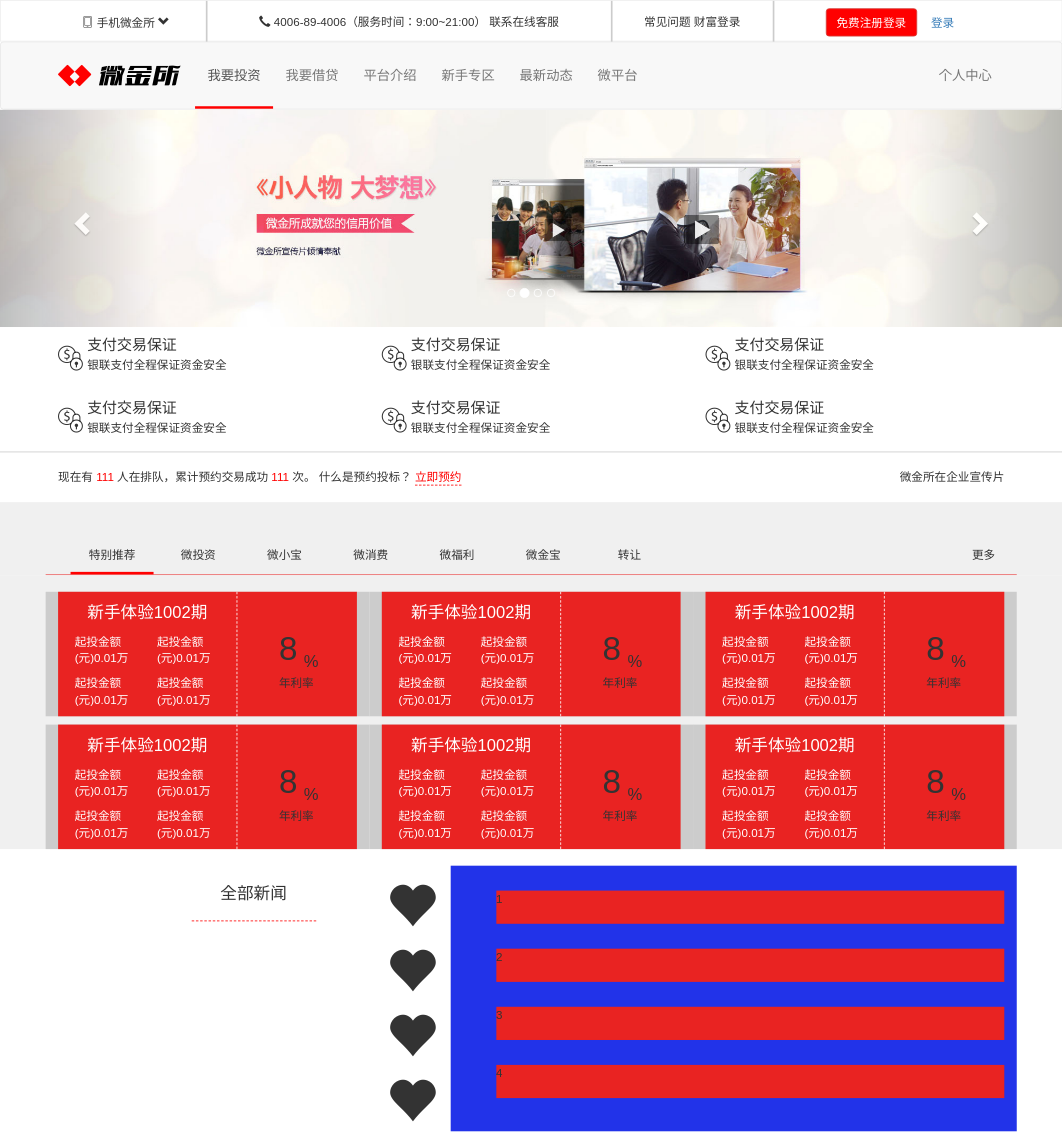
Repository: pwy114pwy/project_02
Page: 菜单.html
An editor plug-in stored every save of this project. The page is shown before and after the next save, followed by the edit.
The browser window is 1280 px wide. The pictures show the whole page, at 83% of full size.
The style sheet was rebuilt from its Sass, Less or Tailwind sources for each picture, by a compiler version that may differ from the author's.

Above is the page before, as saved 2022-11-23 18:05:37.

### 菜单.html
<!DOCTYPE html>
<html lang="en">

<head>
    <!-- 页面的编码格式 -->
    <meta charset="UTF-8">
    <!-- 为了使IE浏览器以最新浏览器edge来渲染页面 -->
    <meta http-equiv="X-UA-Compatible" content="IE=edge">
    <!-- 视口vp，针对于移动端 -->
    <meta name="viewport" content="width=device-width, initial-scale=1.0">
    <!-- 引入Bootstrap框架的CSS样式 -->
    <link rel="stylesheet" href="./lib/bootstrap/css/bootstrap.css">
    <link rel="stylesheet" href="./css/base.css">
    <link rel="stylesheet" href="./css/01.css">
    <title>Document</title>
</head>

<body>
    <header class="wjs-top hidden-xs hidden-sm">
        <div class="container">
            <div class="row">
                <div class="col-md-2">
                    <a href="">
                        <span class="wjs_icon wjs_icon_phone"></span>
                        <span>手机微金所</span>
                        <span class="glyphicon glyphicon-chevron-down"></span>
                        <img src="./images/code.jpg" alt="">
                    </a>
                </div>
                <div class="col-md-5">
                    <span class="glyphicon glyphicon-earphone"></span>
                    <span>4006-89-4006（服务时间：9:00~21:00） 联系在线客服</span>
                </div>
                <div class="col-md-2">
                    <a href="">常见问题</a>
                    <a href="">财富登录</a>
                </div>
                <div class="col-md-3">
                    <button type="button" class="btn btn-danger">免费注册登录</button>


                    <button type="button" class="btn btn-link">登录</button>
                </div>
            </div>
        </div>
    </header>


    <nav class="navbar navbar-default wjs-navbar">
        <div class="container">
            <!-- Brand and toggle get grouped for better mobile display -->
            <div class="navbar-header">
                <button type="button" class="navbar-toggle collapsed" data-toggle="collapse"
                    data-target="#bs-example-navbar-collapse-1" aria-expanded="false">
                    <span class="sr-only">Toggle navigation</span>
                    <span class="icon-bar"></span>
                    <span class="icon-bar"></span>
                    <span class="icon-bar"></span>
                </button>
                <a class="navbar-brand" href="#">
                    <span class="wjs_icon wjs_icon_logo"></span>
                    <span class="wjs_icon wjs_icon_text"></span>
                </a>
            </div>

            <!-- Collect the nav links, forms, and other content for toggling -->
            <div class="collapse navbar-collapse" id="bs-example-navbar-collapse-1">
                <ul class="nav navbar-nav wjs-navbar-nav">
                    <li class="active"><a href="#">我要投资 <span class="sr-only">(current)</span></a></li>
                    <li><a href="#">我要借贷</a></li>
                    <li><a href="#">平台介绍</a></li>
                    <li><a href="#">新手专区</a></li>
                    <li><a href="#">最新动态</a></li>
                    <li><a href="#">微平台</a></li>

                </ul>

                <ul class="nav navbar-nav navbar-right">
                    <li><a href="#">个人中心</a></li>

                </ul>
            </div><!-- /.navbar-collapse -->
        </div><!-- /.container-fluid -->
    </nav>

    <div class="lunbo visible-md visible-lg">
        <div id="carousel-example-generic" class="carousel slide" data-ride="carousel">
            <!-- Indicators -->
            <ol class="carousel-indicators">
              <li data-target="#carousel-example-generic" data-slide-to="0" class="active"></li>
              <li data-target="#carousel-example-generic" data-slide-to="1"></li>
              <li data-target="#carousel-example-generic" data-slide-to="2"></li>
              <li data-target="#carousel-example-generic" data-slide-to="3"></li>
            </ol>

            <!-- Wrapper for slides -->
            <div class="carousel-inner" role="listbox">
              <div class="item active">
                <img src="./images/slide_01_2000x410.jpg" alt="...">
                <div class="carousel-caption">

                </div>
              </div>
              <div class="item">
                <img src="./images/slide_02_2000x410.jpg" alt="...">
                <div class="carousel-caption">

                </div>
              </div>
              <div class="item">
                <img src="./images/slide_03_2000x410.jpg" alt="...">
                <div class="carousel-caption">

                </div>
              </div>
              <div class="item">
                <img src="./images/slide_04_2000x410.jpg" alt="...">
                <div class="carousel-caption">

                </div>
              </div>

            </div>

            <!-- Controls -->
            <a class="left carousel-control" href="#carousel-example-generic" role="button" data-slide="prev">
              <span class="glyphicon glyphicon-chevron-left" aria-hidden="true"></span>
              <span class="sr-only">Previous</span>
            </a>
            <a class="right carousel-control" href="#carousel-example-generic" role="button" data-slide="next">
              <span class="glyphicon glyphicon-chevron-right" aria-hidden="true"></span>
              <span class="sr-only">Next</span>
            </a>
          </div>
    </div>

    <div class="baozhang">
        <div class="container">
            <div class="row">
                <div class="col-sm-6 col-md-4">
                    <span class="wjs_icon wjs_icon_E900"></span>
                    <div class="right">
                        <a href="">支付交易保证</a>
                        <a href="">银联支付全程保证资金安全</a>
                    </div>
                </div>
                <div class="col-sm-6 col-md-4">
                    <span class="wjs_icon wjs_icon_E900"></span>
                    <div class="right">
                        <a href="">支付交易保证</a>
                        <a href="">银联支付全程保证资金安全</a>
                    </div>
                </div>
                <div class="col-sm-6 col-md-4">
                    <span class="wjs_icon wjs_icon_E900"></span>
                    <div class="right">
                        <a href="">支付交易保证</a>
                        <a href="">银联支付全程保证资金安全</a>
                    </div>
                </div>
                <div class="col-sm-6 col-md-4">
                    <span class="wjs_icon wjs_icon_E900"></span>
                    <div class="right">
                        <a href="">支付交易保证</a>
                        <a href="">银联支付全程保证资金安全</a>
                    </div>
                </div>
                <div class="col-sm-6 col-md-4">
                    <span class="wjs_icon wjs_icon_E900"></span>
                    <div class="right">
                        <a href="">支付交易保证</a>
                        <a href="">银联支付全程保证资金安全</a>
                    </div>
                </div>
                <div class="col-sm-6 col-md-4">
                    <span class="wjs_icon wjs_icon_E900"></span>
                    <div class="right">
                        <a href="">支付交易保证</a>
                        <a href="">银联支付全程保证资金安全</a>
                    </div>
                </div>


            </div>

        </div>
    </div>

    <div class="paidui">
        <div class="container">
            <a href="">现在有</a>
            <p>111</p>
            <a href="">人在排队，累计预约交易成功</a>
            <p>111</p>
            <a href="">次。 什么是预约投标？ </a>
            <p class="yuyue">立即预约</p>
            <a href="" class="visible-lg">微金所在企业宣传片</a>
        </div>

    </div>


    <div class="xialiebiao">

        <div class="container">
            <div class="row">
                <div><a href="#">特别推荐 <span class="sr-only">(current)</span></a></div>
                <div><a href="#">微投资</a></div>
                <div><a href="#">微小宝</a></div>
                <div><a href="#">微消费</a></div>
                <div><a href="#">微福利</a></div>
                <div><a href="#">微金宝</a></div>
                <div><a href="#">转让</a></div>
                <div class="hidden-sm hidden-xs hidden-md"><a href="#">更多</a></div>
            </div>

        </div>




    </div>

    <div class="touzi">
        <div class="container">
            <div class="row">
                <div class="col-xs-12 col-sm-6  col-md-4">
                    <div>
                        <div class="left">
                            <div class="top">
                                <a href="">新手体验1002期</a>
                            </div>
                            <div class="bottom">
                                <p>起投金额(元)0.01万</p>
                                <p>起投金额(元)0.01万</p>
                                <p>起投金额(元)0.01万</p>
                                <p>起投金额(元)0.01万</p>
                            </div>
                        </div>
                        <div class="right">

                                <a href="">8</a>
                                <a href="">%</a>
                                <a href="">年利率</a>
                        </div>
                    </div>
                </div>

                <div class="col-xs-12 col-sm-6  col-md-4">
                    <div>
                        <div class="left">
                            <div class="top">
                                <a href="">新手体验1002期</a>
                            </div>
                            <div class="bottom">
                                <p>起投金额(元)0.01万</p>
                                <p>起投金额(元)0.01万</p>
                                <p>起投金额(元)0.01万</p>
                                <p>起投金额(元)0.01万</p>
                            </div>
                        </div>
                        <div class="right">

                                <a href="">8</a>
                                <a href="">%</a>
                                <a href="">年利率</a>
                        </div>
                    </div>
                </div>

                <div class="col-xs-12 col-sm-6  col-md-4">
                    <div>
                        <div class="left">
                            <div class="top">
                                <a href="">新手体验1002期</a>
                            </div>
                            <div class="bottom">
                                <p>起投金额(元)0.01万</p>
                                <p>起投金额(元)0.01万</p>
                                <p>起投金额(元)0.01万</p>
                                <p>起投金额(元)0.01万</p>
                            </div>
                        </div>
                        <div class="right">

                                <a href="">8</a>
                                <a href="">%</a>
                                <a href="">年利率</a>
                        </div>
                    </div>
                </div>

                <div class="col-xs-12 col-sm-6  col-md-4">
                    <div>
                        <div class="left">
                            <div class="top">
                                <a href="">新手体验1002期</a>
                            </div>
                            <div class="bottom">
                                <p>起投金额(元)0.01万</p>
                                <p>起投金额(元)0.01万</p>
                                <p>起投金额(元)0.01万</p>
                                <p>起投金额(元)0.01万</p>
                            </div>
                        </div>
                        <div class="right">

                                <a href="">8</a>
                                <a href="">%</a>
                                <a href="">年利率</a>
                        </div>
                    </div>
                </div>

                <div class="col-xs-12 col-sm-6  col-md-4">
                    <div>
                        <div class="left">
                            <div class="top">
                                <a href="">新手体验1002期</a>
                            </div>
                            <div class="bottom">
                                <p>起投金额(元)0.01万</p>
                                <p>起投金额(元)0.01万</p>
                                <p>起投金额(元)0.01万</p>
                                <p>起投金额(元)0.01万</p>
                            </div>
                        </div>
                        <div class="right">

                                <a href="">8</a>
                                <a href="">%</a>
                                <a href="">年利率</a>
                        </div>
                    </div>
                </div>

                <div class="col-xs-12 col-sm-6  col-md-4">
                    <div>
                        <div class="left">
                            <div class="top">
                                <a href="">新手体验1002期</a>
                            </div>
                            <div class="bottom">
                                <p>起投金额(元)0.01万</p>
                                <p>起投金额(元)0.01万</p>
                                <p>起投金额(元)0.01万</p>
                                <p>起投金额(元)0.01万</p>
                            </div>
                        </div>
                        <div class="right">

                                <a href="">8</a>
                                <a href="">%</a>
                                <a href="">年利率</a>
                        </div>
                    </div>
                </div>

            </div>
        </div>
    </div>

    <div class="news">
        <div class="container">
            <div class="row">
                <div class="col-lg-4 col-push-3">
                    <a href="">全部新闻</a>
                </div>

                <div class="col-lg-1">
                    <ul>
                        <li class="glyphicon glyphicon-heart"></li>
                        <li class="glyphicon glyphicon-heart"></li>
                        <li class="glyphicon glyphicon-heart"></li>
                        <li class="glyphicon glyphicon-heart"></li>

                    </ul>
                </div>
                <div class="col-lg-7">
                    <div>
                        <ul>
                            <li>1</li>
                            <li>2</li>
                            <li>3</li>
                            <li>4</li>
                        </ul>
                    </div>
                </div>
            </div>
        </div>
    </div>


    <script src="./lib/jquery/jquery.js"></script>
    <script src="./lib/bootstrap/js/bootstrap.js"></script>
</body>

</html>

### css/01.less
.wjs-top {
    line-height: 50px;
    height: 50px;
    border: 1px solid #eee;

    .row {
        >div {
            text-align: center;
            height: 50px;

            &:nth-child(-n+3) {
                border-right: 2px solid #ccc;
            }

            a {
                position: relative;
                display: block;

                &:hover {
                    img {
                        z-index: 999;
                        display: block;
                    }
                }

                img {
                    display: none;
                    position: absolute;
                    top: 50px;
                    left: 26px;
                    border: 1px solid #ccc;
                    border-top: 0;
                }

            }

            &:nth-child(3) {
                a {
                    display: inline;
                }
            }

            &:nth-child(4) {
                button {
                    &:nth-child(1) {
                        background-color: red;
                    }
                }
            }

        }

    }
}

.wjs-navbar {
    margin-bottom: 0;
    .wjs-navbar-nav {
        a {
            height: 80px;
            line-height: 50px;
            font-size: 16px;

            &:hover {
                border-bottom: 3px solid red;
            }
        }

        .active {
            a {
                border-bottom: 3px solid red;
                background-color: transparent;

                &:hover {
                    background-color: transparent;

                }
            }
        }
    }

    .navbar-header {
        button {
            margin-top: 24px;
        }
    }

    .navbar-right {
        li {
            a {
                height: 80px;
                line-height: 50px;
                font-size: 16px;

                &:hover {
                    border-bottom: 3px solid red;
                }
            }
        }
    }

    .navbar-brand {
        span {
            height: 80px;
            line-height: 50px;
            font-size: 40px;

            &:nth-child(1) {
                color: red;
            }

            &:nth-child(2) {
                color: black;
            }
        }
    }
}


.baozhang {
    border-bottom: 1px solid #ccc;
    // position: relative;
    // height: 150px;
    // background-color: aqua;
    .row {
        div {
            // width: 390px;
            height: 75px;

            // background-color: rgb(180, 73, 73);

            span {
                line-height: 75px;
                display: inline-block;
                font-size: 30px;
            }

            .right {
                // width: 300px;
                position: absolute;
                top: 10px;
                left: 50px;
                height: 50px;

                // background-color: antiquewhite;
                a:nth-child(1) {
                    font-size: 18px;
                    display: block;
                    // background-color: aqua;
                }
            }
        }
    }
}

.paidui {
    position: relative;
    // display: flex;
    // top: 20px;

    // height: 60px;
    // background-color: blueviolet;
    a{
        height: 60px;
        line-height: 60px;
    }
    a:last-child {

        float: right;
    }

    p {
        height: 20px;
        line-height: 35 px;
        display: inline-block;
        color: red;
    }
    .yuyue{
        border-bottom: 1px dashed red;
    }
}

.xialiebiao {
    .container{
        border-bottom: 1px solid rgb(237, 73, 73);
    }
    background-color: #f0f0f0;
    // height: 90px;
    padding-top: 40px;
    .row{
        position: relative;
        left: 30px;
        div{
            text-align: center;
            display: inline-block;
            width: 100px;
            height: 47px;
            line-height: 47px;
            // background-color: antiquewhite;
            &:first-child{
                border-bottom: 3px solid red;
            }
            &:last-child{
                position: absolute;
                left: 1050px;
            }
            &:hover{
                border-bottom: 3px solid red;

            }
        }
    }
}
.touzi{

    background-color: #f0f0f0;

    .row{
        padding-top: 10px;
        >div{
            margin-top: 10px;
            position: relative;
            display: inline-block;
            // width: 390px;
            height: 150px;
            // border: 1px solid red;
            background-color: #ccc;
            >div{
                // width: 360px;
                height: 150px;
                display: flex;
                background-color: #e92322;
                .left{

                    width: 60%;
                    height: 150px;
                    border-right: 1px dashed white;

                    .top{
                        text-align: center;
                        height: 50px;
                        line-height: 50px;
                        a{
                            color: white;
                            font-size: 20px;
                        }
                        // background-color: azure;
                    }
                    .bottom{
                        // display: flex;
                        p{

                            margin-left: 20px;
                            // float: left;
                            // flex-wrap: wrap;
                            width: 35%;
                            height: 40px;
                            // background-color: #ccc;
                            display: inline-block;
                            // display: flex;
                            color: white;

                        }
                    }
                }
                .right{
                    position: relative;
                    width: 40%;
                    height: 150px;

                    a{
                        position: absolute;
                        display: inline-block;
                        &:first-child{
                            top: 40px;
                            left: 50px;
                            font-size: 40px;
                            // background-color: #e92322;
                        }
                        &:nth-child(2){
                            font-size: 20px;
                            top: 70px;
                            left: 80px;
                            // background-color: azure;
                        }
                        &:last-child{
                            top: 100px;
                            left:50px;
                        }
                    }

                }
            }
        }
    }
}
.news{
    margin-top: 20px;
    height: 320px;
    .row{
        div:nth-child(1){

            height: 66.7px;
            // background-color: #e92322;
            a{  text-align: center;
                width: 150px;
                font-size: 20px;
                position: absolute;
                left: 45%;
                line-height: 66px;
                border-bottom: 1px dashed red;
            }
        }
        div:nth-child(2){

            // background-color: #22e961;
            ul{
                margin-left: -55px;
                display: flex;
                flex-wrap: wrap;
            }
            li{
                // float: left;
                // border-radius: 50%;
                margin-left: 20px;
                margin-top: 18px;
                list-style: none;
                width: 60px;
                height: 60px;
                // background-color: #e92322;
                font-size: 60px;
                &:hover{
                    background-color: #eee;
                }
            }
        }
        div:nth-child(3){
            height: 320px;
            background-color: #2233e9;
            div{
                li{
                    margin-top: 30px;
                    list-style: none;
                    height: 40px;
                    background-color: #e92322;
                }
            }
        }
    }
}

Loaded but not shown: lib/bootstrap/css/bootstrap.css (library); lib/jquery/jquery.js (library); lib/bootstrap/js/bootstrap.js (library); css/base.css (120 lines, source omitted)

After the next save:
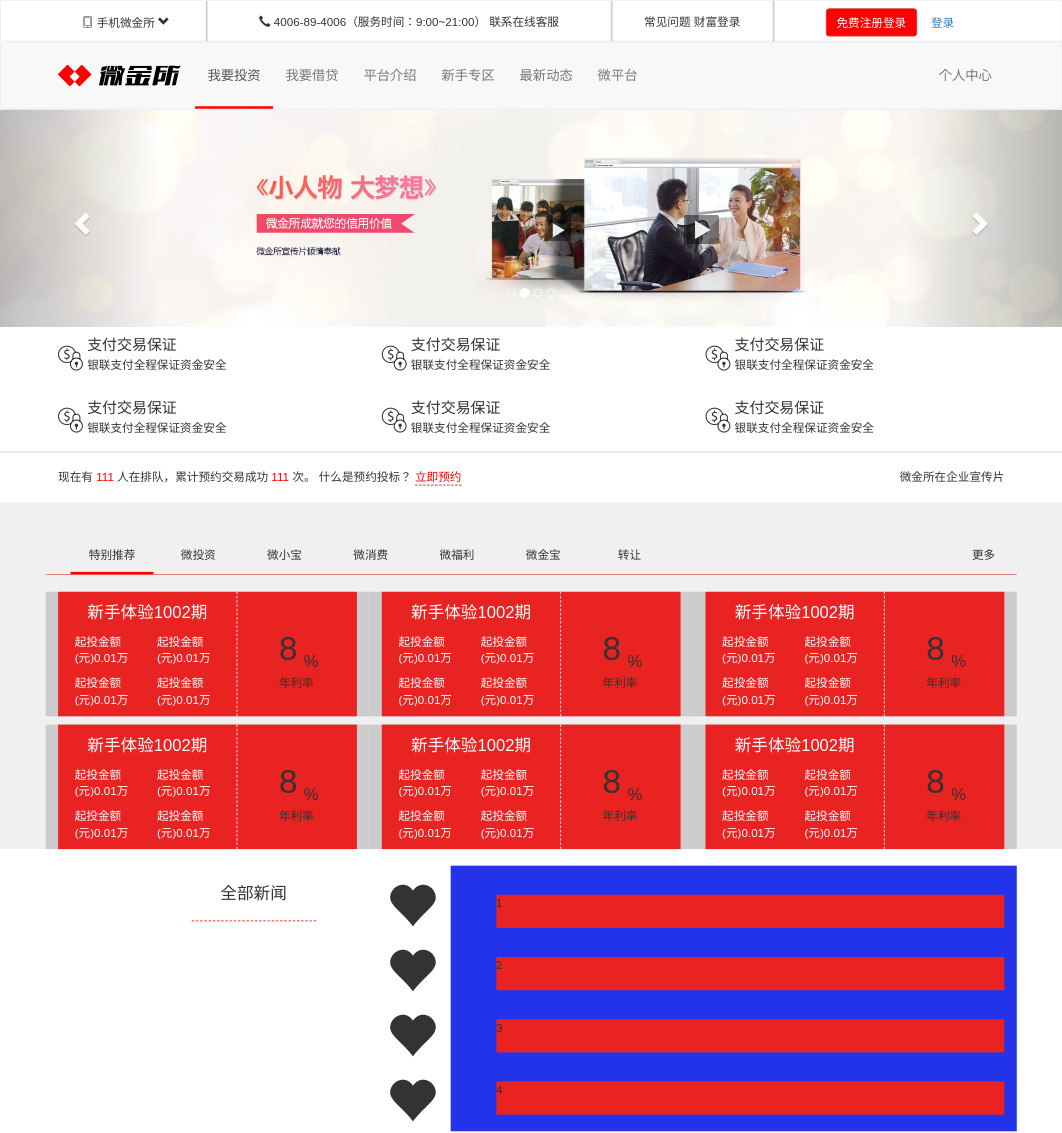
Saved 15 s later.
--- a/css/01.less
+++ b/css/01.less
@@ -339,7 +339,7 @@
             background-color: #2233e9;
             div{
                 li{
-                    margin-top: 30px;
+                    margin-top: 35px;
                     list-style: none;
                     height: 40px;
                     background-color: #e92322;
